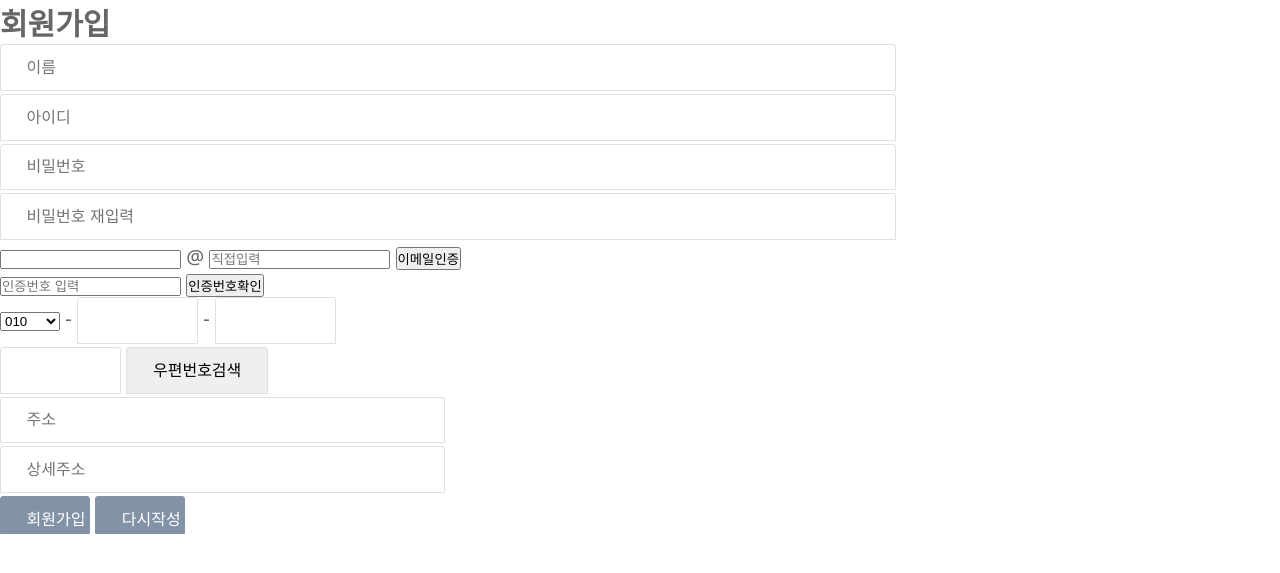
Repository: keepsus/gaebokchi
Page: http://localhost/uzuslime/member/memberWriteForm.jsp
These files come from the project's save history. The page is drawn as it stood at one moment and after the next save; the edit follows.
The browser window is 1280 px wide. The pictures show the whole page.
Some web fonts or font styles are not loaded; a fallback is used. The page is served by Tomcat 9. Nobody is signed in. The application's start-up code is not run. Other server files are loaded and not shown.

Above is the page before, as saved 2021-01-31 03:28:04.

### uzuslime/src/main/webapp/member/memberWriteForm.jsp
<%@ page language="java" contentType="text/html; charset=UTF-8"
    pageEncoding="UTF-8"%>

<head>
    <meta charset="UTF-8">
    <meta name="viewport" content="width=device-width, initial-scale=1.0">
    <link rel="stylesheet" href="/slime/css/memberWriteForm.css">
    <link rel="preconnect" href="https://fonts.gstatic.com">
    <link href="https://fonts.googleapis.com/css2?family=Raleway:ital,wght@0,200;0,300;0,400;0,500;1,300;1,400&display=swap" rel="stylesheet">
    <title>Document</title>
</head>


	<div class="modal-header">
	    <h2 class="signUp-header">회원가입</h2>
	</div>

		<form name="memberWriteForm" method="post" action="/slime/member/write" class="memberWriteForm">

			    <div class="input-text">
			        <input type="text" class="sign-name" id="signName" name="member_name" size="25" placeholder="이름">
			        <div id="nameDiv"></div>
			    </div>


			    <div class="input-text">
			        <input type="text" class="member_id" id="member_id" size="25" placeholder="아이디">
			        <input type="hidden" id="check" value="">
			    	<div id="idDiv"></div>
			    </div>


			    <div class="input-text">
			        <input type="password" class="sign-pwd" id="signPwd" name="member_pw" size="25" placeholder="비밀번호">
			        <div id="pwdDiv"></div>
			    </div>


			    <div class="input-text">
			        <input type="password" class="sign-repwd" id="signRePwd" name="repw" size="25" placeholder="비밀번호 재입력">
			        <div id="repwdDiv"></div>
			    </div>


			    <div class="email-input-text">
			        <input type="text" class="sign-email1" name="email1">
			        @
			        <input type="email" class="sign-email2" name="email2" list="email2" placeholder="직접입력">
			        <datalist id="email2">
			            <option value="gmail.com">
			            <option value="naver.com">
			            <option value="hanmail.net">
			        </datalist>
			        <input type="button" class="email-Btn" value="이메일인증" id="emailBtn"><br>
			         <input type="text" class="check-email" name="check-email" placeholder="인증번호 입력">
			        <input type="button" class="email-check-Btn" value="인증번호확인" id="emailCheckBtn"><br>
			    </div>


			    <div class="signUp-phone-form">
			        <select name="tel1" class="sign-tel1" style="width: 60px;">
			            <option value="010">010
			            <option value="011">011
			            <option value="019">019
			        </select>
			         -
			         <input type="text" class="sign-tel2" name="tel2" size="5">
			         -
			         <input type="text" class="sign-tel3" name="tel3" size="5">
			    </div>


			    <div class="signUp-address-form">
			        <input type="text" class="sign-post" id="postcode" name="zipcode" size="5" readonly>
			        <input type="button" class="check-Post-Btn" value="우편번호검색" id="checkPostBtn"><br>
			        <input type="text" class="sign-address" id="address" name="addr1" size="40"  readonly placeholder="주소"><br>
			        <input type="text" class="sign-detail" id="detailAddress" name="addr2" size="40" placeholder="상세주소">
			    </div>


			    <div class="signUp-btn-box">
			        <input type="button" id="writeBtn" class="writeBtn" value="회원가입">
			        <input type="reset" class="" value="다시작성">
			    </div>


</form>
<script type="text/javascript" src="https://code.jquery.com/jquery-3.5.1.min.js"></script>	<!-- 위아래 순서가 바뀌면 안된다 -->
<script type="text/javascript" src="/slime/js/member.js?ver=1"></script>	<!-- 위아래 순서가 바뀌면 안된다 -->

### uzuslime/src/main/webapp/css/memberWriteForm.css
@charset "UTF-8";
* {
    margin: 0px;
    padding: 0px;
    box-sizing: border-box;
}

html {
    background-color: #fff;
    color: rgba(85, 85, 85, 0.897);
    font-family: 'Raleway','Noto Sans Korean','Apple SD Gothic Neo', 'Malgun Gothic','Nanum Gothic', 'Noto Sans','sans-serif';
    font-weight: 300px;
    font-size: 20px;
    text-rendering: optimizeLegibility;
    /* 반응형 웹사이트를 만드려고 기준으로 두었다. 폰트사이즈를 20px을 기본으로 주면 다른 태그에서 %를 사용해서 변경해주면
    폰트 사이즈를 바꿔줄때마다 웹사이트의 폰트 사이즈가 자동으로 바뀔 것이다. */
}

.modal-header{
	margin-botton: 8%;

}

.memberSignUpForm{
	text-align: center;
}

.input-text input{
    width: 70%;
    padding: 1% 2%;
    line-height: 1.2;
    border-radius: 3px 3px 0 0;
    border: 1px solid #e0e0e0;
    font-size: 80%;
    margin-bottom: 3px;
}

.emailBtn,.emailCheckBtn,.checkPostBtn{
    background-color: #fff;
    color: rgba(85, 85, 85, 0.897);
    border: 1px solid #e0e0e0;
    text-decoration: none;
    cursor: pointer;
    border-radius: 3px 3px 0 0;
}

.emailBtn,.emailCheckBtn,.checkPostBtn,.writeBtn:hover{
    transition: 0.4s;
    background-color: rgba(78, 76, 76, 0.678);
    color: white;
}

.signUp-email-form input {
	padding: 1% 2%;
    line-height: 1.2;
    border-radius: 3px 3px 0 0;
    border: 1px solid #e0e0e0;
    font-size: 80%;
    margin-bottom: 3px;
}

.signUp-phone-form input {
	padding: 1% 2%;
    line-height: 1.2;
    border-radius: 3px 3px 0 0;
    border: 1px solid #e0e0e0;
    font-size: 80%;
    margin-bottom: 3px;
}

.signUp-address-form input {
	padding: 1% 2%;
    line-height: 1.2;
    border-radius: 3px 3px 0 0;
    border: 1px solid #e0e0e0;
    font-size: 80%;
    margin-bottom: 3px;
}

.signUp-btn-box input{
	padding: 1% 2%;
    line-height: 1.2;
    border-radius: 3px 3px 0 0;
    border: 1px solid #8393a7;
    background-color: #8393a7;
    font-size: 80%;
    color :white;
    margin-bottom: 3px;
    width: 90px;
    height:38px;
    cursor:pointer;
}

### uzuslime/src/main/webapp/js/member.js
//로그인
$('#loginBtn').click(function(){
	$('#loginIdDiv').empty();
	$('#loginPwdDiv').empty();

	if($('#loginId').val()==''){
		$('#loginIdDiv').text('아이디를 입력')
						.css('color','red')
						.css('font-size','8pt')
						.css('font-weight','bold');

	}else if($('#loginPwd').val()==''){
		$('#loginPwdDiv').text('비밀번호를 입력')
						 .css('color','red')
						 .css('font-size','8pt')
						 .css('font-weight','bold');
	}else{
		$.ajax({
			type : 'post',
			url: '/slime/member/login',
			data: {'member_id': $('#loginId').val(), 'pwpwpw': $('#loginPwd').val()},

			dataType: 'text',
			success: function(data){
				if(data == 'success'){
					location.href = '/slime/index.jsp';

				}else if(data == 'fail'){

					alert('잘못된 정보입니다. 다시 입력해주세요.');
				}
			},//success
			error: function(err){
				console.log(err);
			}//error

		});//ajax
	}//else
});//click

//회원가입
$('#writeBtn').click(function(){
	$('#nameDiv').empty();
	$('#idDiv').empty();
	$('#pwdDiv').empty();
	$('#repwdDiv').empty();
	$('#emailDiv').empty();
	var idReg = /^[A-za-z0-9]/g;
	//아이디 한글못넣게 하는 것
	//[영문 대문자 또는 소문자로 시작하는 아이디, 끝날때 제한 없음]

	//if($('#name').val()==''){ -> 방법 1
	//if($('input[id=member_name]').val()==''){ -> 방법 2
	//id 속성이용은 2가지 방법 모두 가능
	if($('input[id=member_name]').val()==''){
		$('#nameDiv').text('이름을 입력하세요');
		$('#nameDiv').css('color','red');
		$('#nameDiv').css('font-size','8pt');
		$('#nameDiv').css('font-weight','bold');

	}else if($('#member_id').val()==''){	//id 속성이용
		$('#idDiv').text('아이디를 입력하세요');
		$('#idDiv').css('color','red');
		$('#idDiv').css('font-size','8pt');
		$('#idDiv').css('font-weight','bold');

	}else if( !idReg.test( $("input[id=member_id]").val() ) ){
		$('#idDiv').text('아이디는 영문자로 시작하는 6~20자 영문자 또는 숫자이어야 합니다.');
		$('#idDiv').css('color','red');
		$('#idDiv').css('font-size','8pt');
		$('#idDiv').css('font-weight','bold');

	}else if($('input[name=member_pw]').val()==''){
		$('#pwdDiv').text('비밀번호를 입력하세요')
		$('#pwdDiv').css('color','red')
		$('#pwdDiv').css('font-size','8pt')
		$('#pwdDiv').css('font-weight','bold');

	}else if($('input[name=repw]').val() != $('input[name=member_pw]').val()){
		$('#repwdDiv').text('비밀번호가 맞지 않습니다')
		$('#repwdDiv').css('color','red')
		$('#repwdDiv').css('font-size','8pt')
		$('#repwdDiv').css('font-weight','bold');

	}else if($('#member_id').val() != $('#check').val()){
		$('#idDiv').text('중복체크 하세요')
		$('#idDiv').css('color','red')
		$('#idDiv').css('font-size','8pt')
		$('#idDiv').css('font-weight','bold');

	}else if($('input[name=email1]').val()==''||$('input[name=email2]').val()==''){
		$('#emailDiv').text('이메일을 입력하세요')
		$('#emailDiv').css('color','red')
		$('#emailDiv').css('font-size','8pt')
		$('#emailDiv').css('font-weight','bold');

	}else{
		$('form[name=memberWriteForm]').submit();
	}
});

//중복 아이디 체크
$('#member_id').focusout(function(){
	if($('#member_id').val()==''){
		$('#idDiv').text('먼저 아이디를 입력하세요')
		$('#idDiv').css('color','magenta')
		$('#idDiv').css('font-size','8pt')
		$('#idDiv').css('font-weight','bold');

	}else{
		$.ajax({
			type: 'post',
			url: '/slime/member/checkId',
			data: 'member_id='+$('#member_id').val(),
			dataType: 'text',
			success: function(data){
				if(data == 'exist'){
					$('#idDiv').text('사용 불가능')
					$('#idDiv').css('color','magenta')
					$('#idDiv').css('font-size','8pt')
					$('#idDiv').css('font-weight','bold');

				}else if(data == 'non_exist'){
					$('#check').val($('#member_id').val());

					$('#idDiv').text('사용 가능')
					$('#idDiv').css('color','blue')
					$('#idDiv').css('font-size','8pt')
					$('#idDiv').css('font-weight','bold');
				}
			}
		});
	}
});

//우편번호
$('#checkPostBtn').click(function(){
	window.open("/slime/member/memberCheckPost", "zipcode", "width=700 height=500 scrollbars=yes");
});

$('#checkPostSearchBtn').click(function(){
	$.ajax({
		type: 'post',
		url: '/slime/member/checkPostSearch',
		data: $('#memberCheckPostForm').serialize(),	//serialize : '변수=값&변수=값'
		dataType: 'json',
		success: function(data){
			//alert(JSON.stringify(data));

			$('#checkPostTable tr:gt(2)').remove();

			$.each(data.list, function(index, items){
				var address = items.sido+' '
							+ items.sigungu+' '
							+ items.yubmyundong+' '
							+ items.ri+' '
							+ items.roadname+' '
							+ items.buildingname;

				address = address.replace(/null/g, '');

				$('<tr/>').append($('<td/>',{
					align: 'center',
					text: items.zipcode

				})).append($('<td/>',{
					colspan: '3',
					}).append($('<a/>',{
						href: '#',
						id: 'addressA',
						text: address
					}))
				).appendTo($('#checkPostTable'));
			});//each

			$('a').click(function(){
				//alert($(this).prop('tagName'));
				//alert($(this).parent().prev().text());

				$('#postcode', opener.document).val($(this).parent().prev().text());
				$('#address', opener.document).val($(this).text());
				$('#detailAddress', opener.document).focus();
				window.close();
			});
		},
		error: function(err){
			console.log(err);
		}
	});
});

//회원정보수정
$('#modifyBtn').click(function(){
	$('#nameDiv').empty();
	$('#pwdDiv').empty();
	$('#repwdDiv').empty();

	if($('#member_name').val()==''){
		$('#nameDiv').text('이름을 입력하세요');
		$('#nameDiv').css('color','red');
		$('#nameDiv').css('font-size','8pt');
		$('#nameDiv').css('font-weight','bold');

	}else if($('input[name=member_pw]').val()==''){
		$('#pwdDiv').text('비밀번호를 입력하세요')
		$('#pwdDiv').css('color','red')
		$('#pwdDiv').css('font-size','8pt')
		$('#pwdDiv').css('font-weight','bold');

	}else if($('input[name=repw]').val() != $('input[name=member_pw]').val()){
		$('#repwdDiv').text('비밀번호가 맞지 않습니다')
		$('#repwdDiv').css('color','red')
		$('#repwdDiv').css('font-size','8pt')
		$('#repwdDiv').css('font-weight','bold');

	}else{
		$.ajax({
			type: 'post',
			url: '/slime/member/modify',
			data: $('#memberModifyForm').serialize(),	//serialize : '변수=값&변수=값'
			success: function(){
				alert('회원정보수정 완료');
				location.href='/slime/mypage/myPageOrder.jsp';
			},
			error: function(err){
				console.log(err);
			}
		});
	}
});

//아이디 찾기
$('#searchBtn').click(function(){
	$.ajax({
		type: 'post',
		url: '/slime/member/memberIdSearch',
		data: $('#memberSearch').serialize(),
		dataType: 'text',
		success: function(data){
			alert("회원님의 ID는 "+data+" 입니다");
			location.href='/slime/index.jsp';
		},
		error: function(err){
			alert("틀린 정보입니다. 다시 확인해주세요.")
			console.log(err);
		}
	});
});


//이메일 인증 보내기
$('#emailBtn').click(function(){
	$('#emailDiv').empty();
	if($('input[name=email1]').val()==''||$('input[name=email2]').val()==''){
		$('#emailDiv').text('이메일을 입력하세요');
		$('#emailDiv').css('color','red');
		$('#emailDiv').css('font-size','8pt');
		$('#emailDiv').css('font-weight','bold');

	}else{
		$.ajax({
			type: 'post',
			url: '/slime/member/sendEmail',
			data: 'e_mail='+$('#email1').val()+'@'+$('#email2').val(),
			dataType: 'json',
			success: function(data){
				$('#emailDiv').text('이메일이 발송되었습니다. 인증번호를 입력헤주세요');
				$('#emailDiv').css('color','red');
				$('#emailDiv').css('font-size','8pt');
				$('#emailDiv').css('font-weight','bold');
				console.log('이메일 data ='+ JSON.stringify(data));//data가 들어오는것인가?이상한게 찍힌다.
				$('#checkEmailR').val(data.dice);//받은 인증번호를 jsp에 있는 hidden 속성에 넣어주기
			},
			error: function(err){
				console.log(err);
			}
		});
	}

});


//이메일 인증번호 확인
$('#emailCheckBtn').click(function(){
	$('#emailDiv').empty();

	if($('input[id=checkEmail]').val()==''){
		$('#emailDiv').text('이메일 인증번호를 입력해주세요 ')
		$('#emailDiv').css('color','magenta')
		$('#emailDiv').css('font-size','8pt')
		$('#emailDiv').css('font-weight','bold');

	}else{
		if
		(document.getElementById('checkEmail').value == document.getElementById('checkEmailR').value){
			$('#emailDiv').text('인증되었습니다.')
			$('#emailDiv').css('color','magenta')
			$('#emailDiv').css('font-size','8pt')
			$('#emailDiv').css('font-weight','bold');
		}else if
		(document.getElementById('checkEmail').value != document.getElementById('checkEmailR').value){
			$('#emailDiv').text('인증번호가 맞지 않습니다.')
			$('#emailDiv').css('color','magenta')
			$('#emailDiv').css('font-size','8pt')
			$('#emailDiv').css('font-weight','bold');
		}
	}

});

After the next save:
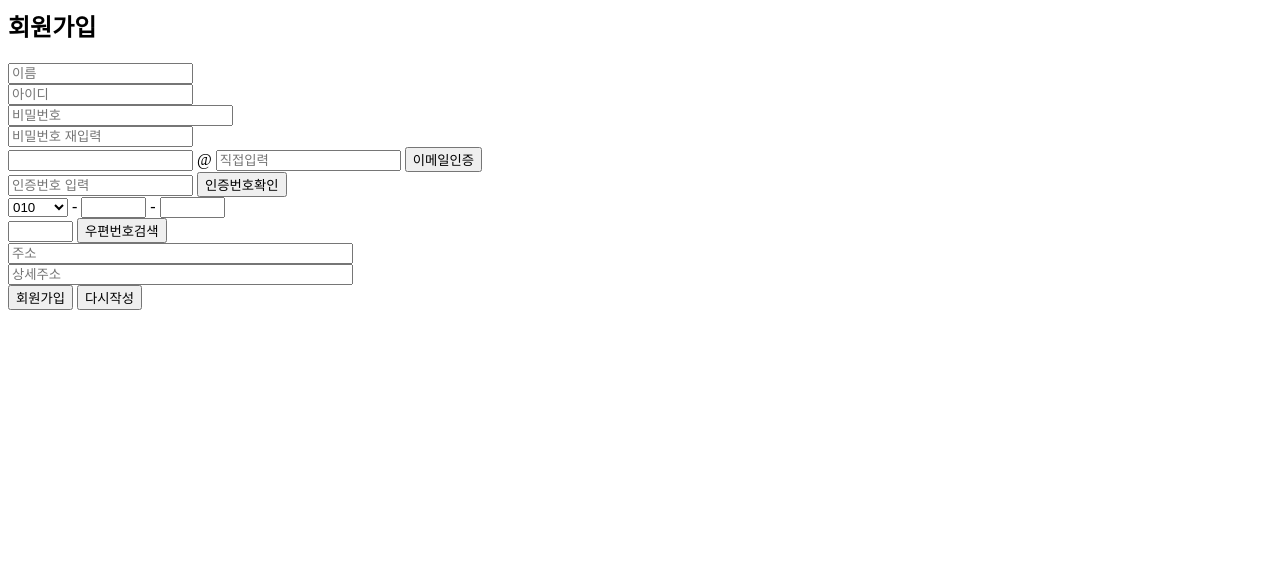
Saved 95 min 32 s later.
--- a/uzuslime/src/main/webapp/member/memberWriteForm.jsp
+++ b/uzuslime/src/main/webapp/member/memberWriteForm.jsp
@@ -1,15 +1,5 @@
 <%@ page language="java" contentType="text/html; charset=UTF-8"
     pageEncoding="UTF-8"%>
-
-<head>
-    <meta charset="UTF-8">
-    <meta name="viewport" content="width=device-width, initial-scale=1.0">
-    <link rel="stylesheet" href="/slime/css/memberWriteForm.css">
-    <link rel="preconnect" href="https://fonts.gstatic.com">
-    <link href="https://fonts.googleapis.com/css2?family=Raleway:ital,wght@0,200;0,300;0,400;0,500;1,300;1,400&display=swap" rel="stylesheet">
-    <title>Document</title>
-</head>
-
 
 	<div class="modal-header">
 	    <h2 class="signUp-header">회원가입</h2>
@@ -18,13 +8,13 @@
 		<form name="memberWriteForm" method="post" action="/slime/member/write" class="memberWriteForm">
 
 			    <div class="input-text">
-			        <input type="text" class="sign-name" id="signName" name="member_name" size="25" placeholder="이름">
+			        <input type="text" class="sign-name" id="signName" name="member_name" placeholder="이름">
 			        <div id="nameDiv"></div>
 			    </div>
 
 
 			    <div class="input-text">
-			        <input type="text" class="member_id" id="member_id" size="25" placeholder="아이디">
+			        <input type="text" class="member_id" id="member_id"  placeholder="아이디">
 			        <input type="hidden" id="check" value="">
 			    	<div id="idDiv"></div>
 			    </div>
@@ -37,7 +27,7 @@
 
 
 			    <div class="input-text">
-			        <input type="password" class="sign-repwd" id="signRePwd" name="repw" size="25" placeholder="비밀번호 재입력">
+			        <input type="password" class="sign-repwd" id="signRePwd" name="repw" placeholder="비밀번호 재입력">
 			        <div id="repwdDiv"></div>
 			    </div>
 
